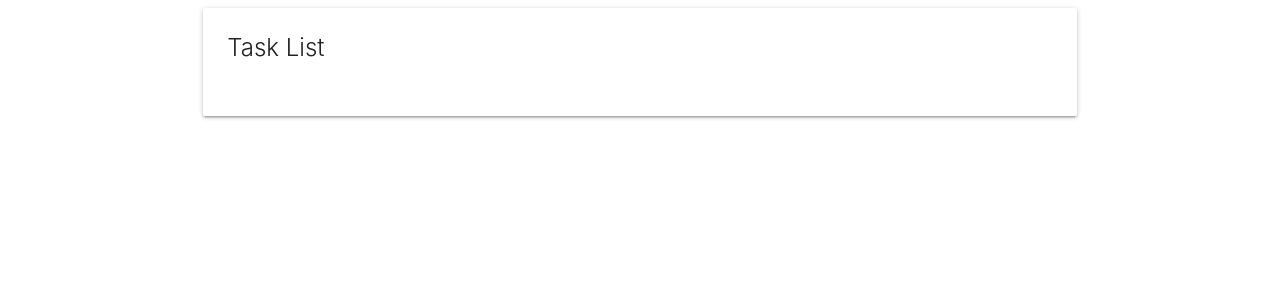
Repository: YasirGaji/Sandbox
Page: index.html
These files come from the project's save history. The page is drawn as it stood at one moment and after the next save; the edit follows.
The browser window is 1280 px wide. The pictures show the whole page.

Above is the page before, as saved 2021-12-01 15:14:48.

### index.html
<!DOCTYPE html>
<html lang="en">
<head>
  <meta charset="UTF-8">
  <meta http-equiv="X-UA-Compatible" content="IE=edge">
  <meta name="viewport" content="width=device-width, initial-scale=1.0">

  <!-- Compiled and minified CSS -->
  <link rel="stylesheet" href="https://cdnjs.cloudflare.com/ajax/libs/materialize/1.0.0/css/materialize.min.css">

  <link rel="stylesheet" href="https://cdn.jsdelivr.net/npm/@fortawesome/fontawesome-free@5.15.4/css/fontawesome.min.css" integrity="sha384-jLKHWM3JRmfMU0A5x5AkjWkw/EYfGUAGagvnfryNV3F9VqM98XiIH7VBGVoxVSc7" crossorigin="anonymous">

  <title>Task List</title>
</head>
<body>
  <div class="container">
    <div class="row">
      <div class="col s12">
        <div id="main" class="card">
          <div class="card-content">
            <span class="card-title">Task List</span>
            <div class="row">
              <form id="task-form">

              </form>
            </div>
          </div>
        </div>
      </div>
    </div>
  </div>

  <script
  src="https://code.jquery.com/jquery-3.6.0.js"
  integrity="sha256-H+K7U5CnXl1h5ywQfKtSj8PCmoN9aaq30gDh27Xc0jk="
  crossorigin="anonymous"></script>

  <!-- Compiled and minified JavaScript -->
  <script src="https://cdnjs.cloudflare.com/ajax/libs/materialize/1.0.0/js/materialize.min.js"></script>

  <script src="/app.js"></script>
</body>
</html>

Loaded but not shown: app.js (no stored copy; drawn as an empty file)

After the next save:
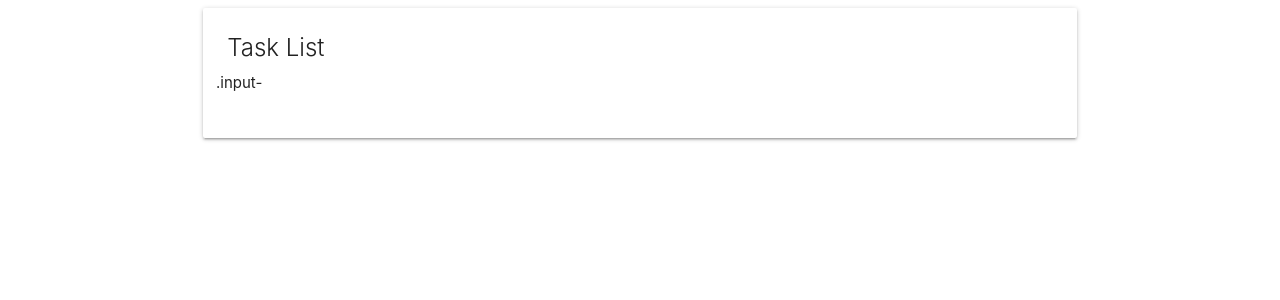
Saved 19 s later.
--- a/index.html
+++ b/index.html
@@ -21,7 +21,7 @@
             <span class="card-title">Task List</span>
             <div class="row">
               <form id="task-form">
-
+                .input-
               </form>
             </div>
           </div>
